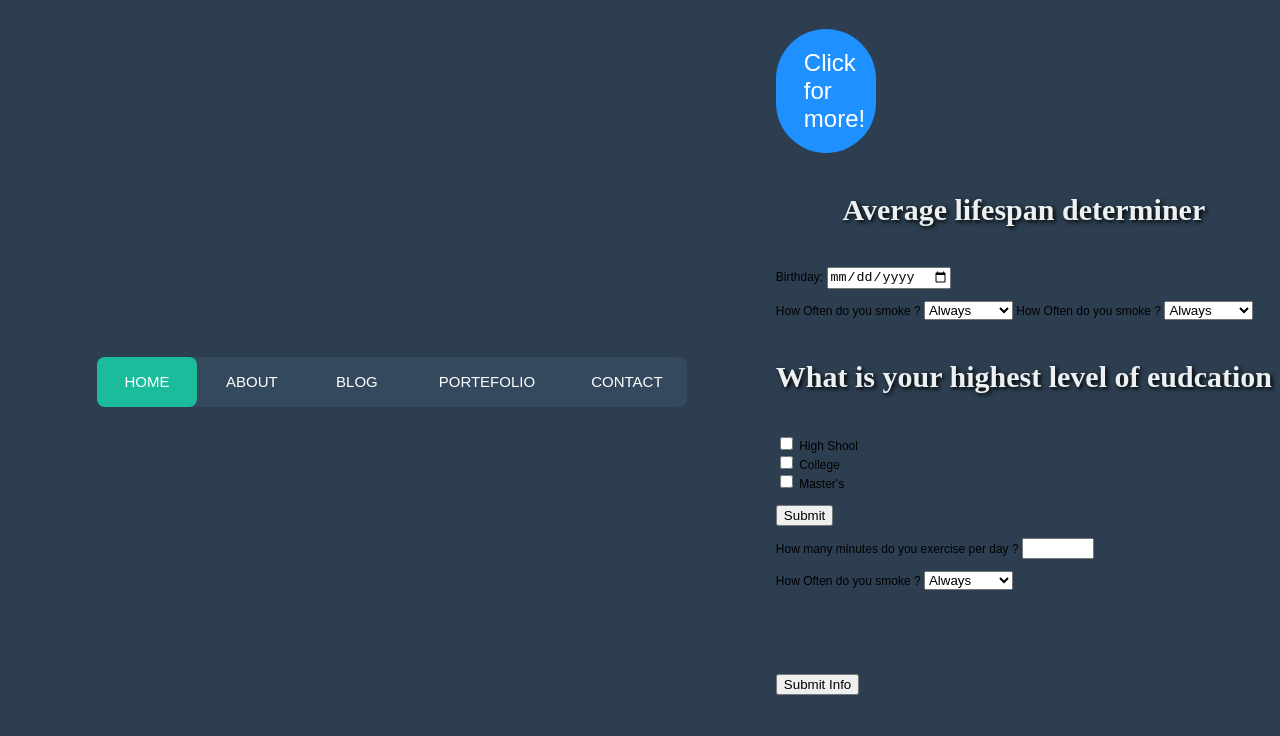
Repository: navid-amini12/capstone-1
Page: wordgame.html
The author's editor kept a copy of each file at every save. The page is drawn from the files as they stood at one save, then again after a run of saves.
The browser window is 1280 px wide. The pictures show the whole page.

Above is the page before, as saved 2022-05-30 19:00:32.

### wordgame.html


  <!-- <link rel="stylesheet" type="text/css" href="Life.css"> -->
  <link rel="stylesheet" type="text/css" href="wrodgame2.css">


  <nav>
    <a href="#">Home</a>
    <a href="#">About</a>
    <a href="#">Blog</a>
    <a href="#">Portefolio</a>
    <a href="#">Contact</a>
    <div class="animation start-home"></div>
  </nav>




 <div class = "container">

   <div class = "element">
    <details class="dropdown">
      <summary role="button">
        <a class="button">Click for more!</a>
      </summary>
      <ul>
        <li><a href="#">I'm a dropdown.</a></li>
        <li><a href="#">In Pure CSS</a></li>
        <li><a href="#">As in...</a></li>
        <li><a href="#">No JavaScript.</a></li>
        <li><a href="#">At All.</a></li>
    </ul>
  </details>

    <h1>Average lifespan determiner</h1>


    <form action="/action_page.php">
      <label for="birthday">Birthday:</label>
      <input type="date" id="birthday" name="birthday">

    </form>

  <label for="cars">How Often do you smoke ?</label>

  <select id="questions">
  <option value="volvo">Always</option>
  <option value="saab">Often</option>
  <option value="opel">Sometimes</option>
  <option value="audi">Rarely</option>
  <option value="audi">Never</option>
  </select>

  <label for="cars">How Often do you smoke ?</label>

  <select id="questions">
  <option value="volvo">Always</option>
  <option value="saab">Often</option>
  <option value="opel">Sometimes</option>
  <option value="audi">Rarely</option>
  <option value="audi">Never</option>
  </select>

  <h1>What is your highest level of eudcation</h1>

  <form action="/action_page.php">
  <input type="checkbox" id="vehicle1" name="vehicle1" value="Bike">
  <label for="vehicle1"> High Shool</label><br>
  <input type="checkbox" id="vehicle2" name="vehicle2" value="Car">
  <label for="vehicle2"> College</label><br>
  <input type="checkbox" id="vehicle3" name="vehicle3" value="Boat">
  <label for="vehicle3"> Master's</label><br><br>
  <input type="submit" value="Submit">
  </form>

  <form>
    <label for="quantity">How many minutes do you exercise per day ? </label>
    <input type="number" id="quantity" name="quantity" min="0" max="1000">
  </form>




  <label for="cars">How Often do you smoke ?</label>

  <select id="myquestions">
  <option value="always">Always</option>
  <option value="often">Often</option>
  <option value="sometimes">Sometimes</option>
  <option value="rarely">Rarely</option>
  <option value="never">Never</option>
  </select>
  <br>
  <br>
  <br>
  <br>


  <br>
  <br>
  <br>
  <!-- <button id = "submitInfo">Submit The Info</button></div> -->





  <input id = "submitInfo" type="button" value = "Submit Info" onclick="alert('Submitting INfo');" />
  </div>

  <!-- <input id = "submitInfo" type="button" value = "Submit Info" onclick="alert('Submitting INfo');" /> -->


















  <body class="container">
    <ul id="people" class=""></ul>


    <script src="https://unpkg.com/axios/dist/axios.min.js"></script>
    <script>

      document.getElementById("submitInfo").onclick = function () {
        axios
          .get("http://localhost:4000/api/users")
          .then(function (response) {
            var e = document.getElementById("myquestions");
            var strUser = e.options[e.selectedIndex].text;

            var birthday = document.getElementById("birthday").value


     if (strUser == "Never") {


       alert( document.getElementById("people").innerHTML = response.data[0] + birthday)

    }
          })


          .catch(function (err) {
            document.getElementById("people").innerHTML =
              '<li class="text-danger">' + err.message + "</li>";
          });
      };
    </script>
    <script>var ALERT_TITLE = "Oops!";
      var ALERT_BUTTON_TEXT = "Ok";

      if(document.getElementById) {
        window.alert = function(txt) {
          createCustomAlert(txt);
        }
      }

      function createCustomAlert(txt) {
        d = document;

        if(d.getElementById("modalContainer")) return;

        mObj = d.getElementsByTagName("body")[0].appendChild(d.createElement("div"));
        mObj.id = "modalContainer";
        mObj.style.height = d.documentElement.scrollHeight + "px";

        alertObj = mObj.appendChild(d.createElement("div"));
        alertObj.id = "alertBox";
        if(d.all && !window.opera) alertObj.style.top = document.documentElement.scrollTop + "px";
        alertObj.style.left = (d.documentElement.scrollWidth - alertObj.offsetWidth)/2 + "px";
        alertObj.style.visiblity="visible";

        h1 = alertObj.appendChild(d.createElement("h1"));
        h1.appendChild(d.createTextNode(ALERT_TITLE));

        msg = alertObj.appendChild(d.createElement("p"));
        //msg.appendChild(d.createTextNode(txt));
        msg.innerHTML = txt;

        btn = alertObj.appendChild(d.createElement("a"));
        btn.id = "closeBtn";
        btn.appendChild(d.createTextNode(ALERT_BUTTON_TEXT));
        btn.href = "#";
        btn.focus();
        btn.onclick = function() { removeCustomAlert();return false; }

        alertObj.style.display = "block";

      }

      function removeCustomAlert() {
        document.getElementsByTagName("body")[0].removeChild(document.getElementById("modalContainer"));
      }
      function ful(){
      alert('Alert this pages');
      }</script>
  </body>
</html>

### wrodgame2.css





/* Follow me for more pens like this! */

/* Tweak to change the look and feel */
:root {
    --button-background: dodgerblue;
    --button-color: white;

    --dropdown-highlight: dodgerblue;
    --dropdown-width: 160px;
    --dropdown-background: white;
    --dropdown-color: black;
  }

  /* Center the planet */
  body {
    display: flex;
    justify-content: center;
    align-items: center;
    min-height: 100vh;
    background-color: #222229;
  }

  /* Boring button styles */
  a.button {
    /* Frame */
    display: inline-block;
    padding: 20px 28px;
    border-radius: 50px;
    box-sizing: border-box;

    /* Style */
    border: none;
    background: var(--button-background);
    color: var(--button-color);
    font-size: 24px;
    cursor: pointer;
  }

  a.button:active {
    filter: brightness(75%);
  }

  /* Dropdown styles */
  .dropdown {
    position: relative;
    padding: 0;
    margin-right: 1em;

    border: none;
  }

  .dropdown summary {
    list-style: none;
    list-style-type: none;
  }

  .dropdown > summary::-webkit-details-marker {
    display: none;
  }

  .dropdown summary:focus {
    outline: none;
  }

  .dropdown summary:focus a.button {
    border: 2px solid white;
  }

  .dropdown summary:focus {
    outline: none;
  }

  .dropdown ul {
    position: absolute;
    margin: 20px 0 0 0;
    padding: 20px 0;
    width: var(--dropdown-width);
    left: 50%;
    margin-left: calc((var(--dropdown-width) / 2)  * -1);
    box-sizing: border-box;
    z-index: 2;

    background: var(--dropdown-background);
    border-radius: 6px;
    list-style: none;
  }

  .dropdown ul li {
    padding: 0;
    margin: 0;
  }

  .dropdown ul li a:link, .dropdown ul li a:visited {
    display: inline-block;
    padding: 10px 0.8rem;
    width: 100%;
    box-sizing: border-box;

    color: var(--dropdown-color);
    text-decoration: none;
  }

  .dropdown ul li a:hover {
    background-color: var(--dropdown-highlight);
    color: var(--dropdown-background);
  }

  /* Dropdown triangle */
  .dropdown ul::before {
    content: ' ';
    position: absolute;
    width: 0;
    height: 0;
    top: -10px;
    left: 50%;
    margin-left: -10px;
    border-style: solid;
    border-width: 0 10px 10px 10px;
    border-color: transparent transparent var(--dropdown-background) transparent;
  }


  /* Close the dropdown with outside clicks */
  .dropdown > summary::before {
    display: none;
  }

  .dropdown[open] > summary::before {
      content: ' ';
      display: block;
      position: fixed;
      top: 0;
      right: 0;
      left: 0;
      bottom: 0;
      z-index: 1;
  }












nav {
    margin: 27px auto 0;

    position: relative;
    width: 590px;
    height: 50px;
    background-color: #34495e;
    border-radius: 8px;
    font-size: 0;
  }
  nav a {
    line-height: 50px;
    height: 100%;
    font-size: 15px;
    display: inline-block;
    position: relative;
    z-index: 1;
    text-decoration: none;
    text-transform: uppercase;
    text-align: center;
    color: white;
    cursor: pointer;
  }
  nav .animation {
    position: absolute;
    height: 100%;
    top: 0;
    z-index: 0;
    transition: all .5s ease 0s;
    border-radius: 8px;
  }
  a:nth-child(1) {
    width: 100px;
  }
  a:nth-child(2) {
    width: 110px;
  }
  a:nth-child(3) {
    width: 100px;
  }
  a:nth-child(4) {
    width: 160px;
  }
  a:nth-child(5) {
    width: 120px;
  }
  nav .start-home, a:nth-child(1):hover~.animation {
    width: 100px;
    left: 0;
    background-color: #1abc9c;
  }
  nav .start-about, a:nth-child(2):hover~.animation {
    width: 110px;
    left: 100px;
    background-color: #e74c3c;
  }
  nav .start-blog, a:nth-child(3):hover~.animation {
    width: 100px;
    left: 210px;
    background-color: #3498db;
  }
  nav .start-portefolio, a:nth-child(4):hover~.animation {
    width: 160px;
    left: 310px;
    background-color: #9b59b6;
  }
  nav .start-contact, a:nth-child(5):hover~.animation {
    width: 120px;
    left: 470px;
    background-color: #e67e22;
  }

  body {
    font-size: 12px;
    font-family: sans-serif;
    background: #2c3e50;
  }
  h1 {
    text-align: center;
    margin: 40px 0 40px;
    text-align: center;
    font-size: 30px;
    color: #ecf0f1;
    text-shadow: 2px 2px 4px #000000;
    font-family: 'Cherry Swash', cursive;
  }

  p {
      position: absolute;
      bottom: 20px;
      width: 100%;
      text-align: center;
      color: #ecf0f1;
      font-family: 'Cherry Swash',cursive;
      font-size: 16px;
  }

  span {
      color: #2BD6B4;
  }

After the next 2 saves:
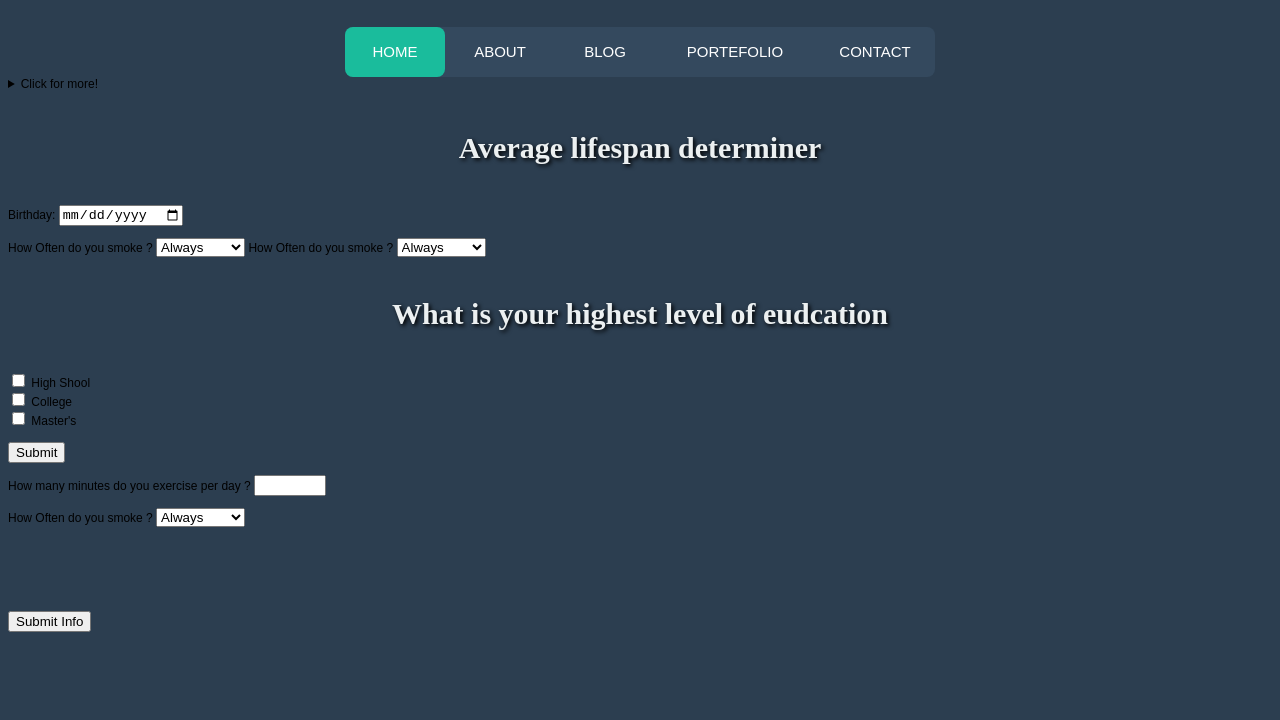
The 2 saves are shown as one change because they came seconds apart.
The last was saved 8 s later.
--- a/wrodgame2.css
+++ b/wrodgame2.css
@@ -1,145 +1,6 @@
 
 
 
-
-
-/* Follow me for more pens like this! */
-
-/* Tweak to change the look and feel */
-:root {
-    --button-background: dodgerblue;
-    --button-color: white;
-
-    --dropdown-highlight: dodgerblue;
-    --dropdown-width: 160px;
-    --dropdown-background: white;
-    --dropdown-color: black;
-  }
-
-  /* Center the planet */
-  body {
-    display: flex;
-    justify-content: center;
-    align-items: center;
-    min-height: 100vh;
-    background-color: #222229;
-  }
-
-  /* Boring button styles */
-  a.button {
-    /* Frame */
-    display: inline-block;
-    padding: 20px 28px;
-    border-radius: 50px;
-    box-sizing: border-box;
-
-    /* Style */
-    border: none;
-    background: var(--button-background);
-    color: var(--button-color);
-    font-size: 24px;
-    cursor: pointer;
-  }
-
-  a.button:active {
-    filter: brightness(75%);
-  }
-
-  /* Dropdown styles */
-  .dropdown {
-    position: relative;
-    padding: 0;
-    margin-right: 1em;
-
-    border: none;
-  }
-
-  .dropdown summary {
-    list-style: none;
-    list-style-type: none;
-  }
-
-  .dropdown > summary::-webkit-details-marker {
-    display: none;
-  }
-
-  .dropdown summary:focus {
-    outline: none;
-  }
-
-  .dropdown summary:focus a.button {
-    border: 2px solid white;
-  }
-
-  .dropdown summary:focus {
-    outline: none;
-  }
-
-  .dropdown ul {
-    position: absolute;
-    margin: 20px 0 0 0;
-    padding: 20px 0;
-    width: var(--dropdown-width);
-    left: 50%;
-    margin-left: calc((var(--dropdown-width) / 2)  * -1);
-    box-sizing: border-box;
-    z-index: 2;
-
-    background: var(--dropdown-background);
-    border-radius: 6px;
-    list-style: none;
-  }
-
-  .dropdown ul li {
-    padding: 0;
-    margin: 0;
-  }
-
-  .dropdown ul li a:link, .dropdown ul li a:visited {
-    display: inline-block;
-    padding: 10px 0.8rem;
-    width: 100%;
-    box-sizing: border-box;
-
-    color: var(--dropdown-color);
-    text-decoration: none;
-  }
-
-  .dropdown ul li a:hover {
-    background-color: var(--dropdown-highlight);
-    color: var(--dropdown-background);
-  }
-
-  /* Dropdown triangle */
-  .dropdown ul::before {
-    content: ' ';
-    position: absolute;
-    width: 0;
-    height: 0;
-    top: -10px;
-    left: 50%;
-    margin-left: -10px;
-    border-style: solid;
-    border-width: 0 10px 10px 10px;
-    border-color: transparent transparent var(--dropdown-background) transparent;
-  }
-
-
-  /* Close the dropdown with outside clicks */
-  .dropdown > summary::before {
-    display: none;
-  }
-
-  .dropdown[open] > summary::before {
-      content: ' ';
-      display: block;
-      position: fixed;
-      top: 0;
-      right: 0;
-      left: 0;
-      bottom: 0;
-      z-index: 1;
-  }
 
 
 
